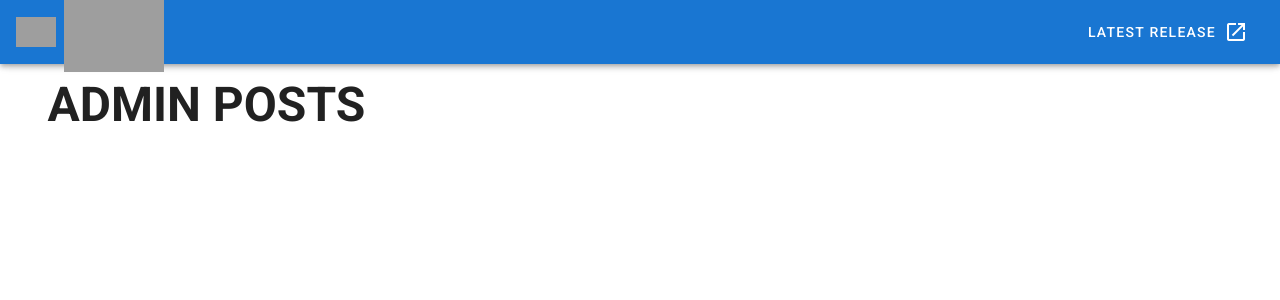
Repository: jeffersontads/project-vuejs
Page: /contact
An editor plug-in stored every save of this project. The page is shown before and after the next save, followed by the edit.
The browser window is 1280 px wide. The pictures show the whole page.
Pictures or frames that could not be fetched are drawn as grey boxes. The project was rebuilt for these pictures with package versions that can differ from the ones it lists, and the page was loaded fresh each time. Also part of the build but not shown: vue.config.js.

Above is the page before, as saved 2021-10-29 16:23:25.

After the next save:
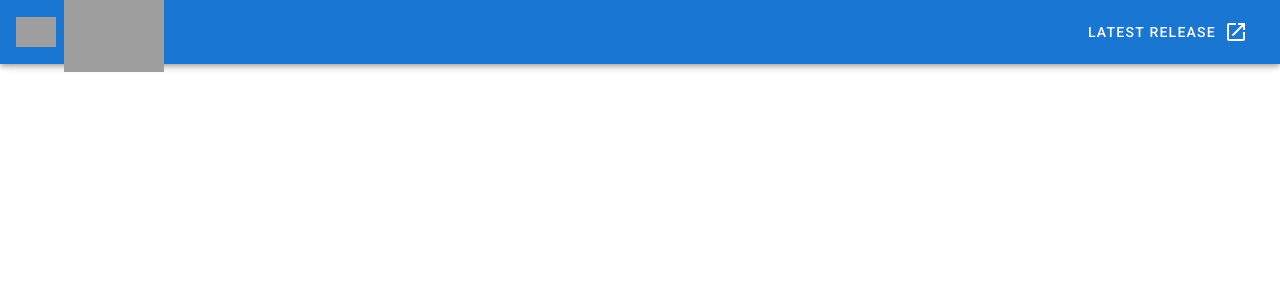
Saved 19 s later.
--- a/src/components/HelloWorld.vue
+++ b/src/components/HelloWorld.vue
@@ -2,7 +2,7 @@
   <v-container>
     <v-row class="text-center">
       <h1 class="display-2 font-weight-bold mb-4 mt-4">
-      ADMIN POSTS
+
       </h1>
     </v-row>
   </v-container>
